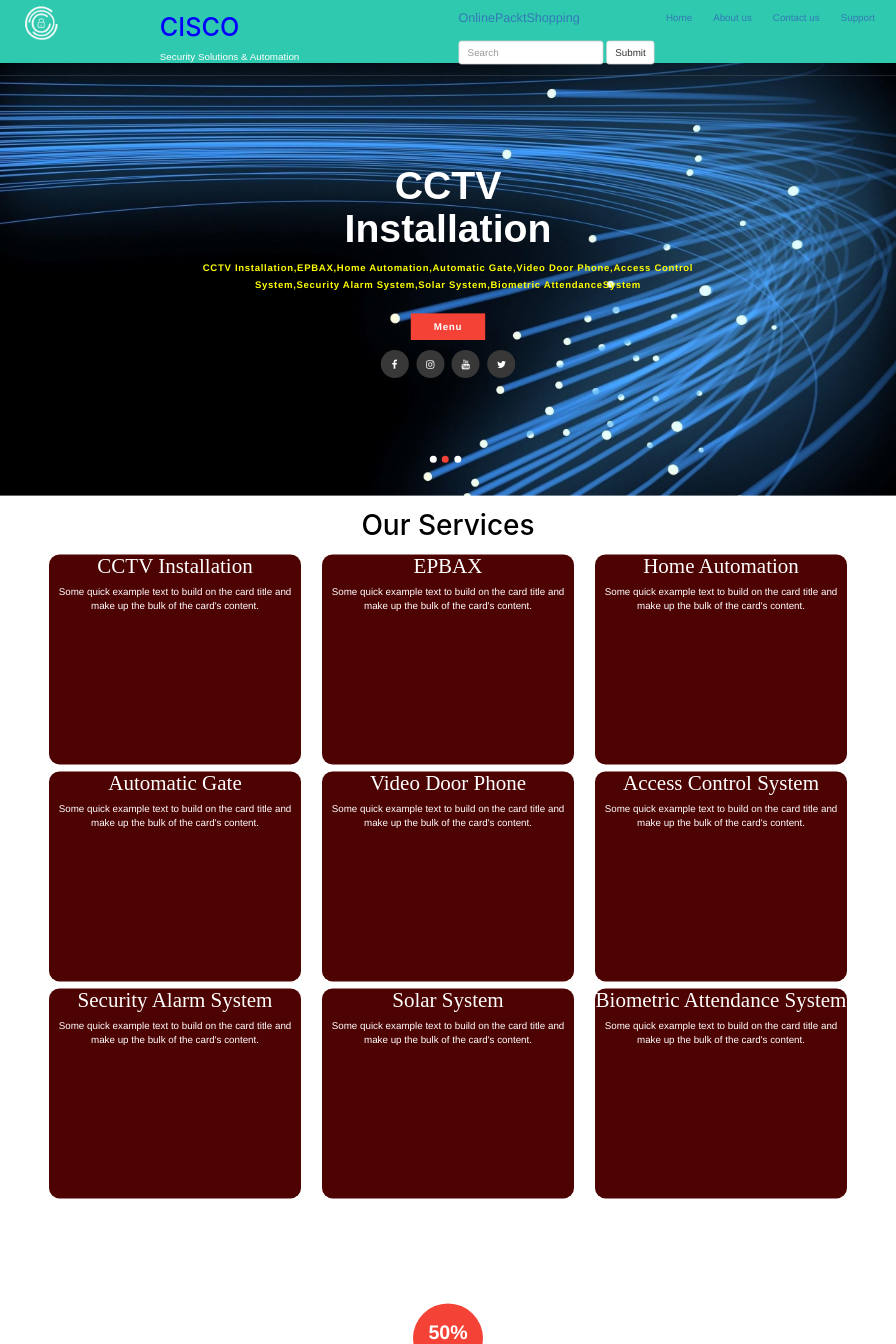
Repository: Nuhman123/Cisco
Page: index.html
An editor plug-in stored every save of this project. The page is shown before and after a run of saves, followed by the edit.
The browser window is 1280 px wide. The pictures show the part of the page from y = 0 to 1920 px (the page is 3132 px tall), at 70% of full size.
Some web libraries are served in a nearby version.

Above is the page before, as saved 2021-04-09 10:26:31.

### index.html
<!--A Design by W3layouts
Author: W3layout
Author URL: http://w3layouts.com
License: Creative Commons Attribution 3.0 Unported
License URL: http://creativecommons.org/licenses/by/3.0/
-->
<!DOCTYPE html>
<html lang="en">
<head>
<title>CISCO security solutions & automation</title>
<meta name="viewport" content="width=device-width, initial-scale=1">
<meta http-equiv="Content-Type" content="text/html; charset=utf-8" />
<meta name="keywords" content="Royal Recipes Responsive web template, Bootstrap Web Templates, Flat Web Templates, Android Compatible web template,
Smartphone Compatible web template, free webdesigns for Nokia, Samsung, LG, SonyEricsson, Motorola web design" />
<script type="application/x-javascript"> addEventListener("load", function() { setTimeout(hideURLbar, 0); }, false); function hideURLbar(){ window.scrollTo(0,1); } </script>
<!-- bootstrap-css -->
<link href="css/bootstrap.css" rel="stylesheet" type="text/css" media="all" />
<!--// bootstrap-css -->
<!-- css -->
<link rel="stylesheet" href="css/style.css" type="text/css" media="all" />
<!--// css -->
<link rel="stylesheet" href="css/owl.carousel.css" type="text/css" media="all">
<link href="css/owl.theme.css" rel="stylesheet">
<!-- font-awesome icons -->
<link href="css/font-awesome.css" rel="stylesheet">
<!-- //font-awesome icons -->
<!-- font -->
<link href='//fonts.googleapis.com/css?family=Pacifico' rel='stylesheet' type='text/css'>
<link href='//fonts.googleapis.com/css?family=Open+Sans+Condensed:300,300italic,700' rel='stylesheet' type='text/css'>
<!-- //font -->
<script src="js/jquery-1.11.1.min.js"></script>
<script src="js/bootstrap.js"></script>
<link rel="stylesheet" href="http://maxcdn.bootstrapcdn.com/bootstrap/3.2.0/css/bootstrap.min.css">
<!-- light-box -->
<link rel="stylesheet" href="css/lightbox.css">
<!-- //light-box -->
<script src="js/SmoothScroll.min.js"></script>
<!--search jQuery-->
<script src="js/main.js"></script>
<!--//search jQuery-->
<script type="text/javascript">
	jQuery(document).ready(function($) {
		$(".scroll").click(function(event){
			event.preventDefault();
			$('html,body').animate({scrollTop:$(this.hash).offset().top},1000);
		});
	});
</script>

<script>
$(document).ready(function() {
	$("#owl-demo").owlCarousel({

		autoPlay: 3000, //Set AutoPlay to 3 seconds
		autoPlay:true,
		items : 4,
		itemsDesktop : [640,5],
		itemsDesktopSmall : [414,4]

	});

});
</script>
</head>
<body>
	<header class="header-1">
		<div class="col-xs-2">
			<img src="images/csc0log.png">
		</div>
		<div class="col-xs-4">
			<h1>CISCO</h1>
			<p>Security Solutions & Automation</p>
		</div>
	    	<div class="container-fluid">
	    		<div class="navbar-header">
	    			 <button type="button" class="navbar-toggle collapsed" data-toggle="collapse" data-target="#collapibleMenu">
				        <span class="icon-bar"></span>
				        <span class="icon-bar"></span>
				        <span class="icon-bar"></span>
				      </button>
	    			<a href="#" class="navbar-brand">OnlinePacktShopping</a>
	    		</div>
	    		<div class="collapse navbar-collapse" id="collapibleMenu">
	    			<ul class="nav navbar-nav navbar-right">
				        <li><a href="#">Home</a></li>
				        <li><a href="#">About us</a></li>
				        <li><a href="#">Contact us</a></li>
				        <li><a href="#">Support</a></li>
				    </ul>
				    <form class="navbar-form navbar-left" role="search">
					  <div class="form-group">
					    <input type="text" class="form-control" placeholder="Search">
					  </div>
					  <button type="submit" class="btn btn-default">Submit</button>
					</form>
	    		</div>
	    	</div>
	</header>
	<!-- banner -->
	<div class="banner">
		<div class="top-banner">
			<div class="container">

			</div>
		</div>
		<div class="header">
			<div class="container">
				<div class="logo">

				</div>
				<div class="clearfix"> </div>
			</div>
		</div>
		<div class="banner-slider">
			<div class="container">
				<div class="slider">
					<div class="callbacks_container">
						<ul class="rslides callbacks callbacks1" id="slider4">
							<li>
								<div class="agileits-banner-info">
									<img src="images/csc0log.png">
									<h3>CISCO</h3>
									<h5>Security Solutions & Automation</h5>
									<p>CCTV Installation,EPBAX,Home Automation,Automatic Gate,Video Door Phone,Access Control System,Security Alarm System,Solar System,Biometric AttendanceSystem</p>
									<a href="menu.html">Menu</a>

								</div>
							</li>
							<li>
								<div class="agileits-banner-info">
									<h3>CCTV<br> Installation</h3>
									<p>CCTV Installation,EPBAX,Home Automation,Automatic Gate,Video Door Phone,Access Control System,Security Alarm System,Solar System,Biometric AttendanceSystem</p>
									<a href="menu.html">Menu</a>
								</div>
							</li>
							<li>
								<div class="agileits-banner-info">
									<img src="images/csc0log.png">
									<h3>CISCO</h3>
									<p>CCTV Installation,EPBAX,Home Automation,Automatic Gate,Video Door Phone,Access Control System,Security Alarm System,Solar System,Biometric AttendanceSystem</p>
									<a href="menu.html">Menu</a>
								</div>
							</li>
						</ul>
						<div class="social text-center">
							<ul>
								<li><a href="https://www.facebook.com/cisco_security_solutions-101064504984043/"><i class="fa fa-facebook"></i></a></li>
								<li><a href="https://www.instagram.com/ci8sco_security_solutions?r=nametag"><i class="fa fa-instagram"></i></a></li>
								<li><a href="https://youtube.com/channel/UCSI_CHHL5nW7fggODaksUw"><i class="fa fa-youtube"></i></a></li>
								<li><a href="https://twitter.com"><i class="fa fa-twitter"></i></a></li>
							</ul>
						</div>
					</div>
					<script src="js/responsiveslides.min.js"></script>
					<script>
						// You can also use "$(window).load(function() {"
						$(function () {
						  // Slideshow 4
						  $("#slider4").responsiveSlides({
							auto: true,
							pager:true,
							nav:false,
							speed: 500,
							namespace: "callbacks",
							before: function () {
							  $('.events').append("<li>before event fired.</li>");
							},
							after: function () {
							  $('.events').append("<li>after event fired.</li>");
							}
						  });

						});
					 </script>
					<!--banner Slider starts Here-->
				</div>
			</div>
		</div>
	</div>
	<!-- banner -->
	<!-- services -->
	<section class="bg-light p-4 mt-5" id="services">
		<div class="container">
		  <h1 class="services text-center">Our Services</h1>
		  <div class="row">
			<div class="col-lg-4 col-md-6">
			  <div class="card text-center">

				<div class="card-body">
				  <h5 class="card-title">CCTV Installation</h5>
				  <p class="card-text">Some quick example text to build on the card title and make up the bulk of the card's content.</p>
				</div>
			  </div>
			</div>
			<div class="col-lg-4 col-md-6 ">
			  <div class="card text-center ">

				<div class="card-body">
				  <h5 class="card-title">EPBAX</h5>
				  <p class="card-text">Some quick example text to build on the card title and make up the bulk of the card's content.</p>
				</div>
			  </div>
			</div>
			<div class="col-lg-4 col-md-6">
			  <div class="card text-center ">

				<div class="card-body">
				  <h5 class="card-title">Home Automation</h5>
				  <p class="card-text">Some quick example text to build on the card title and make up the bulk of the card's content.</p>
				</div>
			  </div>
			</div>
			<div class="col-lg-4 col-md-6">
			  <div class="card text-center">
				<div class="card-body">
				  <h5 class="card-title">Automatic Gate</h5>
				  <p class="card-text">Some quick example text to build on the card title and make up the bulk of the card's content.</p>
				</div>
			  </div>
			</div>
			<div class="col-lg-4 col-md-6  pt-3">
			  <div class="card text-center">
				<div class="card-body">
				  <h5 class="card-title">Video Door Phone</h5>
				  <p class="card-text">Some quick example text to build on the card title and make up the bulk of the card's content.</p>
				</div>
			  </div>
			</div>
			<div class="col-lg-4 col-md-6  pt-3">
			  <div class="card text-center ">
				<div class="card-body">
				  <h5 class="card-title">Access Control System</h5>
				  <p class="card-text">Some quick example text to build on the card title and make up the bulk of the card's content.</p>
				</div>
			  </div>
			</div>
			<div class="col-lg-4 col-md-6  pt-3">
				<div class="card text-center ">
				  <div class="card-body">
					<h5 class="card-title">Security Alarm System</h5>
					<p class="card-text">Some quick example text to build on the card title and make up the bulk of the card's content.</p>
				  </div>
				</div>
			  </div>
			  <div class="col-lg-4 col-md-6  pt-3">
				<div class="card text-center ">
				  <div class="card-body">
					<h5 class="card-title">Solar System</h5>
					<p class="card-text">Some quick example text to build on the card title and make up the bulk of the card's content.</p>
				  </div>
				</div>
			  </div>
			  <div class="col-lg-4 col-md-6  pt-3">
				<div class="card text-center ">
				  <div class="card-body">
					<h5 class="card-title">Biometric Attendance System</h5>
					<p class="card-text">Some quick example text to build on the card title and make up the bulk of the card's content.</p>
				  </div>
				</div>
			  </div>
		  </div>
		</div>
	  </section>
	<!-- //services -->
	<!-- offer -->
	<div class="jarallax offer">
		<div class="container">
			<div class="w3l-offer-heading">
				<h3>Today Offers</h3>
			</div>
			<div class="w3ls-offer-slider">
				<div class="slider">
					<div class="callbacks_container">
						<ul class="rslides callbacks callbacks1" id="slider3">
							<li>
								<div class="agileinfo-offer-grid">
									<h4>45<span>%</span></h4>
									<h5>Pork Vindaloo</h5>
									<p>Quisque scelerisque rutrum nunc, eget hendrerit diam porta efficitur. Duis bibendum consequat est, sed efficitur arcu. Morbi viverra, leo sit amet vestibulum dignissim, tortor est dignissim dolor, eu accumsan est urna id felis. </p>
								</div>
							</li>
							<li>
								<div class="agileinfo-offer-grid">
									<h4>50%</h4>
									<h5>Phaal Curry</h5>
									<p>Vestibulum euismod porttitor interdum. Vivamus porta consectetur nulla porttitor hendrerit. Pellentesque ultrices augue ut nibh feugiat, nec egestas orci cursus. Sed vehicula quis erat sed lobortis. Curabitur eleifend sit amet.</p>
								</div>
							</li>
							<li>
								<div class="agileinfo-offer-grid">
									<h4>64%</h4>
									<h5>Laal Maas</h5>
									<p>Aenean volutpat auctor ultrices. Aliquam ac turpis ultrices, porta enim at, interdum velit. Ut ligula justo, sodales eu nisi a, molestie dictum leo. Sed blandit porta ante, at consequat nulla fermentum a. Donec aliquet tristique.</p>
								</div>
							</li>
						</ul>
					</div>
					<script>
						// You can also use "$(window).load(function() {"
						$(function () {
						  // Slideshow 4
						  $("#slider3").responsiveSlides({
							auto: true,
							pager:false,
							nav:false,
							speed: 500,
							namespace: "callbacks",
							before: function () {
							  $('.events').append("<li>before event fired.</li>");
							},
							after: function () {
							  $('.events').append("<li>after event fired.</li>");
							}
						  });

						});
					 </script>
					<!--banner Slider starts Here-->
				</div>
			</div>
			<script src="js/jarallax.js"></script>
		</div>
	</div>
	<!-- //offer -->
	<!-- special -->
	<div class="special">
		<div class="container">
			<div class="wthree-special-heading">
				<h3>IMAGES</h3>
			</div>
			<div class="special-grids">
				<div id="owl-demo" class="owl-carousel owl-theme">
						<div class="item">
							<div class="w3-agileits-special-grid-info">
								<img src="images/bio.jfif" alt="" />
							</div>
						</div>
						<div class="item">
							<div class="w3-agileits-special-grid-info">
								<img src="images/epbax.jpeg" alt="" />

							</div>
						</div>
						<div class="item">
							<div class="w3-agileits-special-grid-info">
								<img src="images/h automations.jfif" alt="" />

							</div>
						</div>
						<div class="item">
							<div class="w3-agileits-special-grid-info">
								<img src="images/home automa 5.jfif" alt="" />
							</div>
						</div>
						<div class="item">
							<div class="w3-agileits-special-grid-info">
								<img src="images/ghy.jfif" alt="" />

							</div>
						</div>
						<div class="item">
							<div class="w3-agileits-special-grid-info">
								<img src="images/289c9c264087cddc084383969cd6e19f.jpg" alt="" />

							</div>
						</div>
						<div class="item">
							<div class="w3-agileits-special-grid-info">
								<img src="images/h automations.jfif3.jfif" alt="" />

							</div>
						</div>
						<div class="item">
							<div class="w3-agileits-special-grid-info">
								<img src="images/cctv3.jpg" alt="" />

							</div>
						</div>
				</div>
			</div>
		</div>
	</div>
	<!-- //special -->
	<!-- footer -->
	<div class="w3-agile-footer">
		<div class="container">
			<div class="footer-grids">
				<div class="col-md-4 footer-grid">
					<div class="footer-grid-heading">
						<h4>Address</h4>
					</div>
					<div class="footer-grid-info">
						<h1>CISCO</h1>
						<h4 class="">Security Solutions & Automation</h4>
						</di>
						<p class="phone">Phone : 9656457858|9072251938
							<span>Email : <a href="pklcisco@email.com">pklcisco@gmail.com</a></span>
						</p>
						<p>Oppo South Indian ATM,Near Zella Fancy 	Pulikkal </p>
					</div>

				</div>
				<div class="col-md-4 footer-grid">
					<div class="footer-grid-heading">
						<h4>Navigation</h4>
					</div>
					<div class="footer-grid-info">
						<ul class="">
							<li><a href="index.html">Home</a></li>
							<li><a href="about.html">About</a></li>
							<li><a href="menu.html">Menu</a></li>
							<li><a href="contact.html">Contact</a></li>
						</ul>
					</div>
				</div>
				<div class="col-md-4 footer-grid">
					<div class="footer-grid-heading">
						<h4>Follow</h4>
					</div>
					<div class="social">
						<ul>
							<li><a href="https://www.facebook.com/cisco_security_solutions-101064504984043/"><i class="fa fa-facebook"></i></a></li>
							<li><a href="https://www.instagram.com/ci8sco_security_solutions?r=nametag"><i class="fa fa-instagram"></i></a></li>
							<li><a href="https://youtube.com/channel/UCSI_CHHL5nW7fggODaksUw"><i class="fa fa-youtube"></i></a></li>
							<li><a href="https://twitter.com"><i class="fa fa-twitter"></i></a></li>
						</ul>
					</div>
				<div class="clearfix"> </div>
			</div>
		</div>
	</div>
	<div class="agileits-w3layouts-copyright">
		<p>| Design by <a href=""> AKN Creations </a> </p>
		<li style="color: yellow;"><i  class="fa fa-phone" aria-hidden="true"></i> 9446795304</li>
	</div>
	</div>
	<!-- //footer -->
	<script src="js/owl.carousel.js"></script>
	<script type="text/javascript" src="js/move-top.js"></script>
	<script type="text/javascript" src="js/easing.js"></script>
	<!-- here stars scrolling icon -->
	<script type="text/javascript">
		$(document).ready(function() {
			/*
				var defaults = {
				containerID: 'toTop', // fading element id
				containerHoverID: 'toTopHover', // fading element hover id
				scrollSpeed: 1200,
				easingType: 'linear'
				};
			*/

			$().UItoTop({ easingType: 'easeOutQuart' });

			});
	</script>
<!-- //here ends scrolling icon -->
<script type="text/javascript">
			/* init Jarallax */
			$('.jarallax').jarallax({
				speed: 0.5,
				imgWidth: 1366,
				imgHeight: 768
			})
		</script>
</body>
</html>

Loaded but not shown: css/bootstrap.css (library); css/owl.carousel.css (common file); css/owl.theme.css (common file); css/font-awesome.css (library); js/jquery-1.11.1.min.js (library); js/bootstrap.js (library); css/lightbox.css (library); js/SmoothScroll.min.js (library); js/responsiveslides.min.js (library); js/owl.carousel.js (library); js/jarallax.js (433 lines, source omitted); js/easing.js (140 lines, source omitted); js/main.js (100 lines, source omitted); js/move-top.js (5 lines, source omitted); css/style.css (2043 lines, source omitted)

After the next 3 saves:
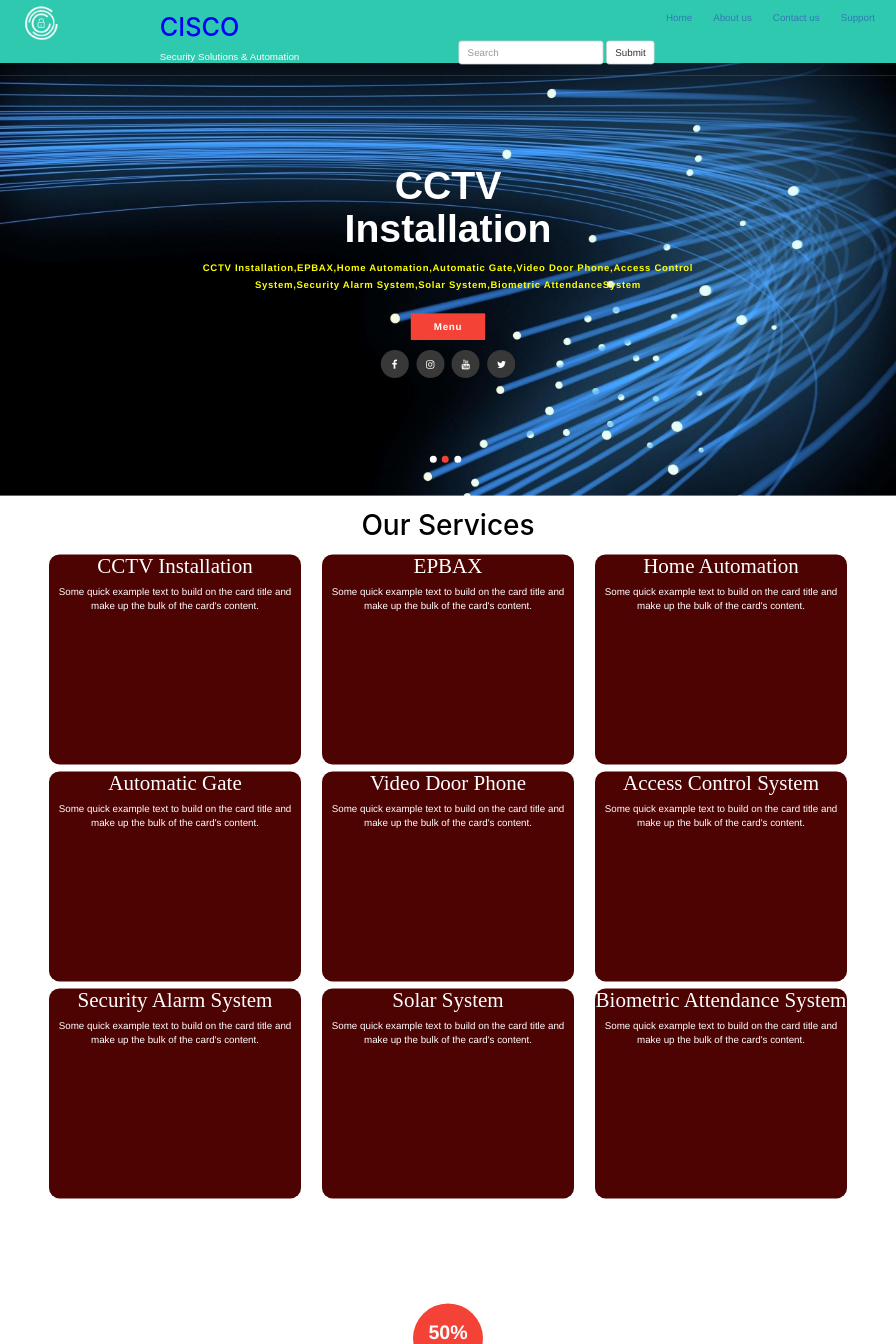
The 3 saves are shown as one change because they came seconds apart.
The last was saved 28 s later.
--- a/index.html
+++ b/index.html
@@ -78,7 +78,6 @@
 				        <span class="icon-bar"></span>
 				        <span class="icon-bar"></span>
 				      </button>
-	    			<a href="#" class="navbar-brand">OnlinePacktShopping</a>
 	    		</div>
 	    		<div class="collapse navbar-collapse" id="collapibleMenu">
 	    			<ul class="nav navbar-nav navbar-right">
